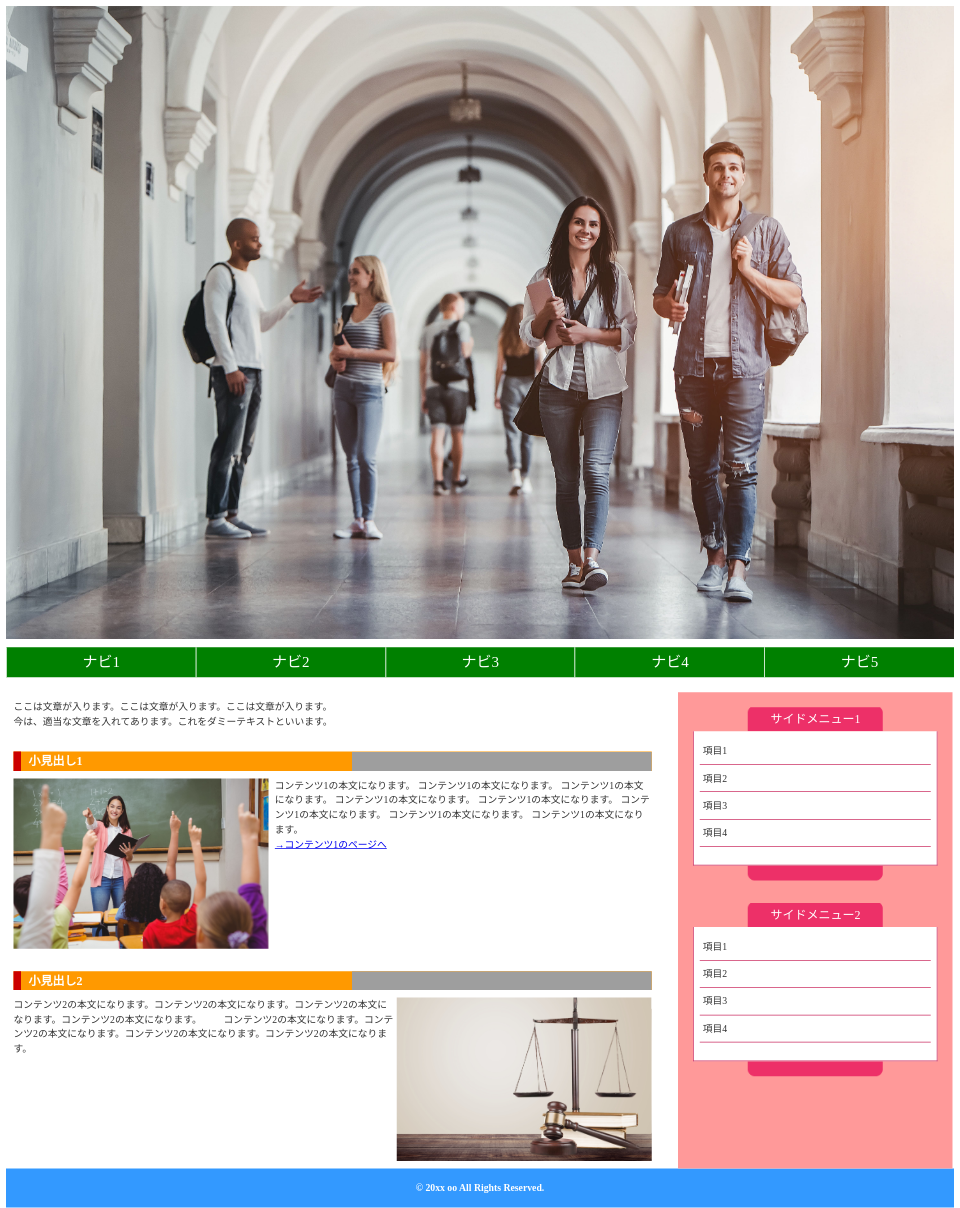
Repository: YuyaWada/samurai_HTML-CSS
Page: home.html
The author's editor kept a record of every edit. The page is drawn from the files as they stood at one moment, then again after the next edit.
The browser window is 1280 px wide. The pictures show the whole page, at 75% of full size.
Pictures or frames that could not be fetched are drawn as grey boxes.

Above is the page before.

After the next edit:
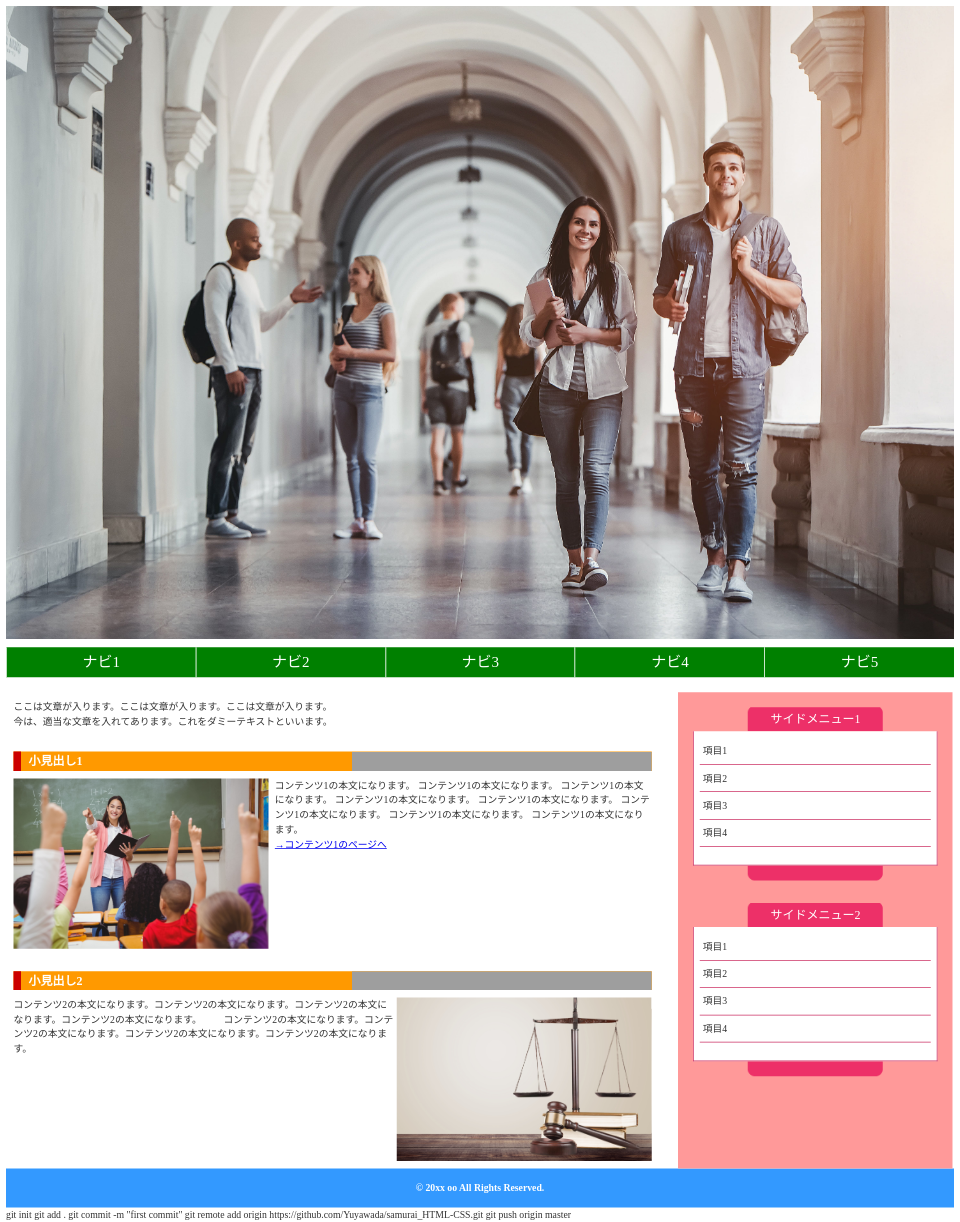
The edit:
--- a/home.html
+++ b/home.html
@@ -72,3 +72,9 @@
         </div>
     </body>
 </html>
+
+git init
+git add .
+git commit -m "first commit"
+git remote add origin https://github.com/Yuyawada/samurai_HTML-CSS.git
+git push origin master
